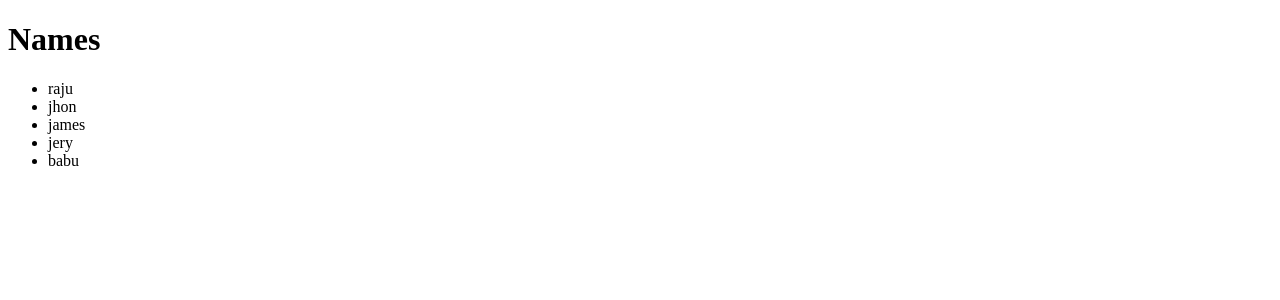
Repository: Ashwin1510/php_projectgh
Page: http://localhost/names.php
These files come from the project's save history. The page is drawn as it stood at one moment and after the next save; the edit follows.
The browser window is 1280 px wide. The pictures show the whole page.
The page is run by PHP 8.4 with error messages shown; the project is at /var/www/html/.

Above is the page before, as saved 2022-12-14 12:50:17.

### names.php
<?php
$names=['raju','jhon', 'james','jery','babu'];
?>


<!DOCTYPE html>
<html lang="en">
<head>
    <meta charset="UTF-8">
    <meta http-equiv="X-UA-Compatible" content="IE=edge">
    <meta name="viewport" content="width=device-width, initial-scale=1.0">
    <title>Document</title>
    <style>
        .some-names{
            background-color: navy;
            color: white;
        }
        .more-names{
            background-color: or;
        }
    </style>
</head>
<body class="">
    <h1>Names</h1>
    <ul class="<?= count($names)> 3 ? 'more-names' : 'some-names' ?>">
        <?php foreach($names as $name){?>
            <li><?=$name ?></li>
            <?php }  ?>


    </ul>


</body>
</html>

After the next save:
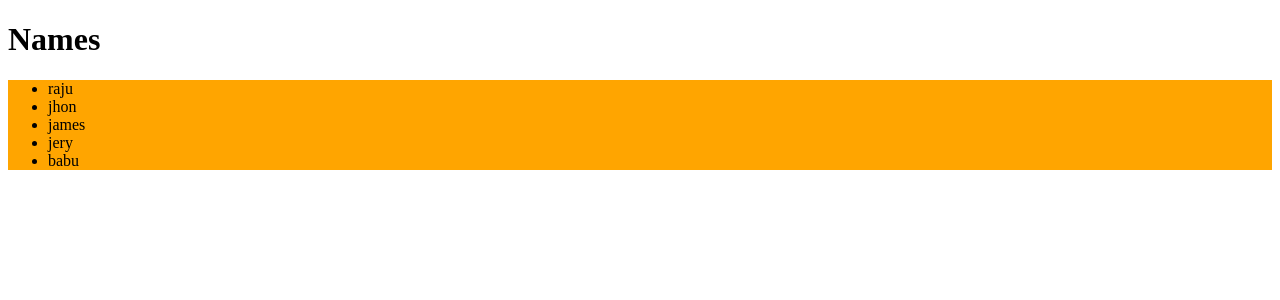
Saved 6 s later.
--- a/names.php
+++ b/names.php
@@ -16,7 +16,7 @@ $names=['raju','jhon', 'james','jery','babu'];
             color: white;
         }
         .more-names{
-            background-color: or;
+            background-color: orange;
         }
     </style>
 </head>
